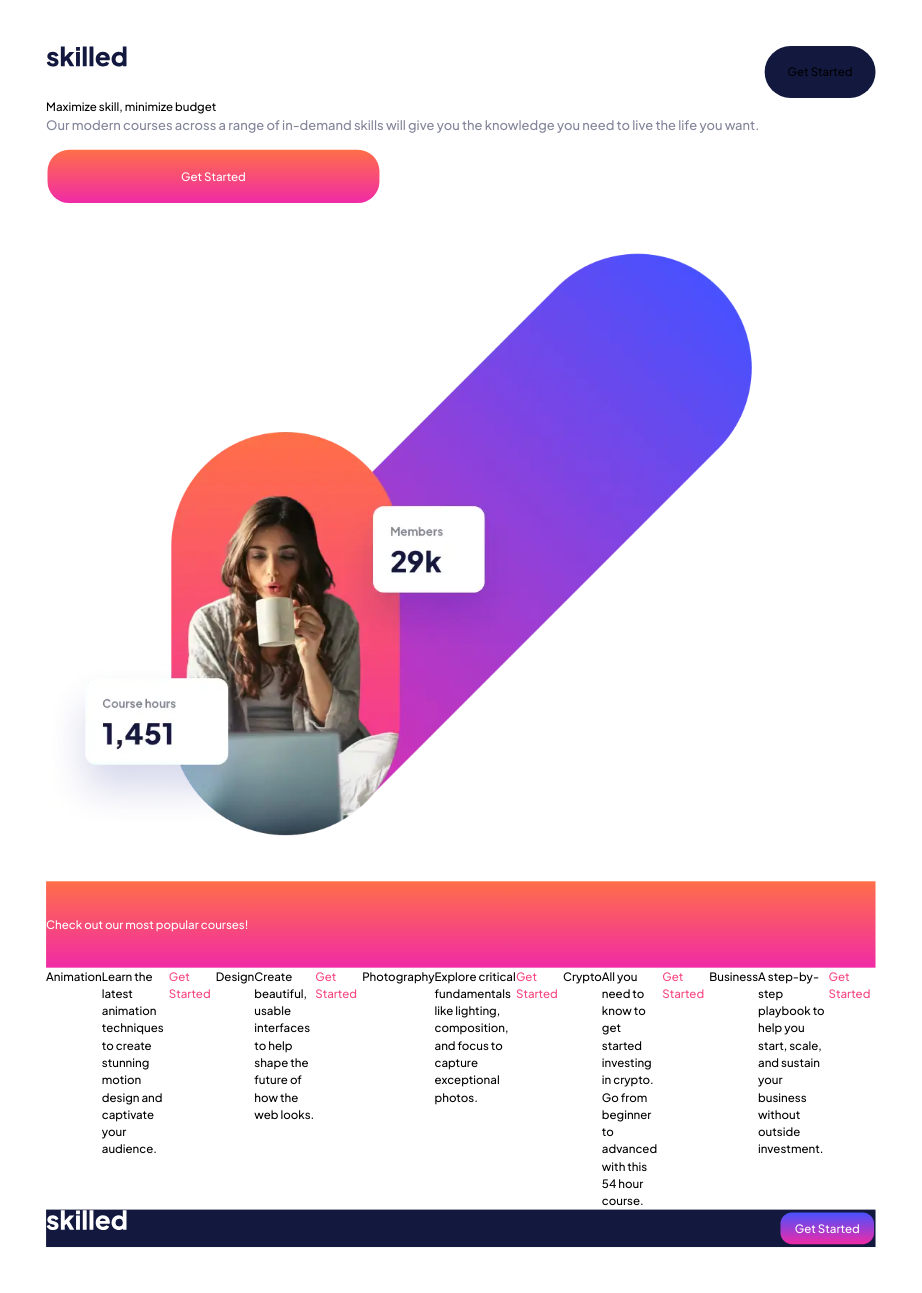
Repository: blordeus/Skilled-e-learning-landing-page
Page: index.html
These files come from the project's save history. The page is drawn as it stood at one moment and after the next save; the edit follows.
The browser window is 1280 px wide. The pictures show the whole page, at 72% of full size.

Above is the page before, as saved 2023-06-17 20:25:16.

After the next save:
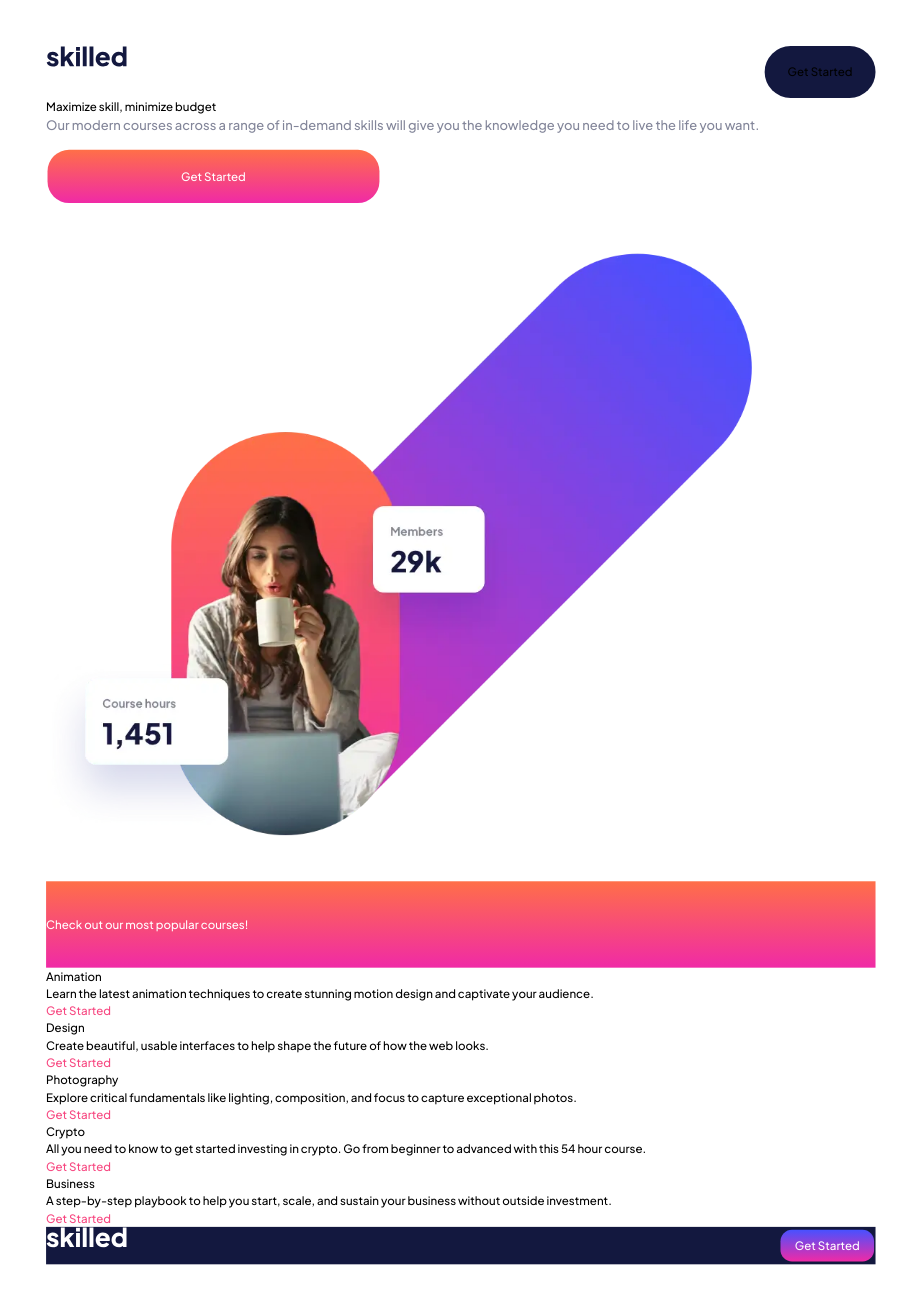
Saved 10 s later.
--- a/index.html
+++ b/index.html
@@ -53,7 +53,7 @@
       <h2>Check out our most popular courses!</h2>
       </div>
 
-      <div class="grid grid-flow-col">
+      <div class="grid">
         <h2>Animation</h2>
         Learn the latest animation techniques to create stunning motion
         design and captivate your audience.
